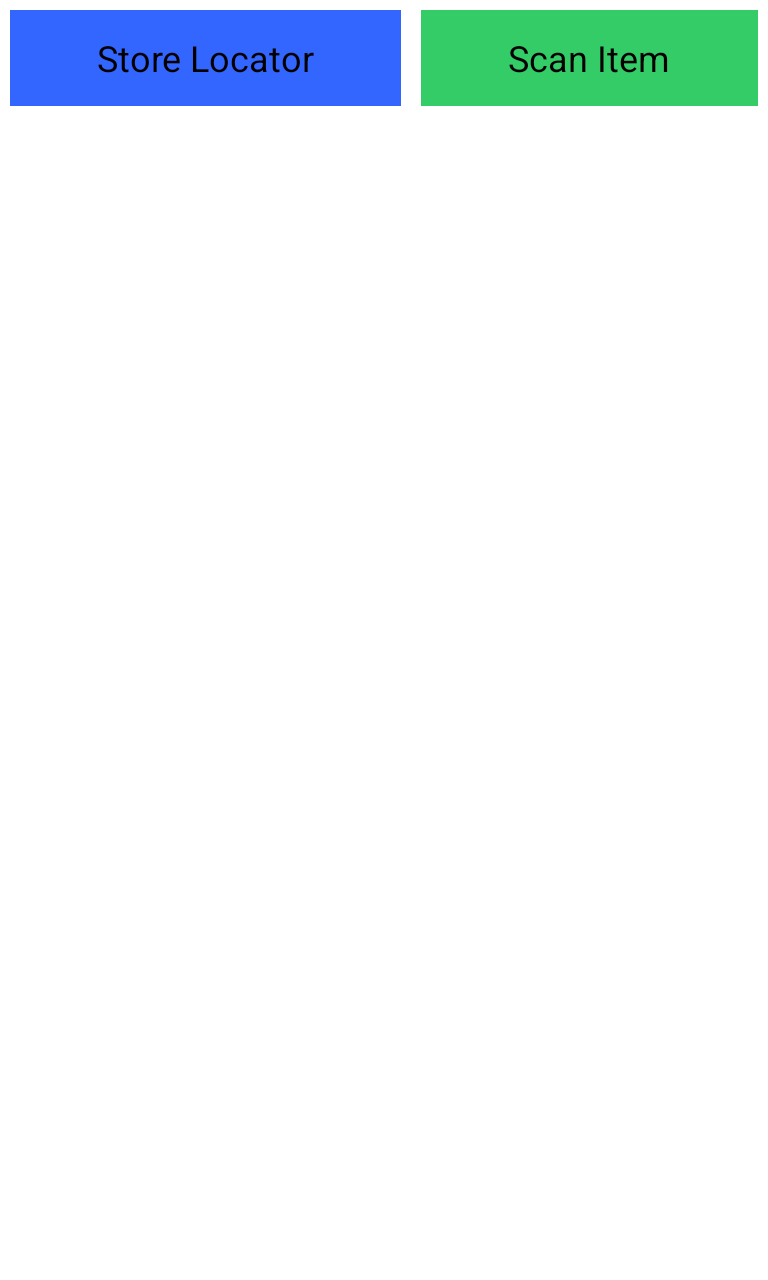
Repository: bvaardal/CTTC
Layout: eclipseAndroidADT2Workspace/HellowWorld/res/layout/activity_main.xml
The author's editor kept a copy of each file at every save. The layout is drawn from the files as they stood at one save, then again after the next save.
It is drawn on a 768 x 1280 px phone screen (xhdpi) without system bars, with theme CustomActionBarTheme; the app's code is not run. Lists and similar views that code fills are empty. The app's manifest (not shown) leaves right-to-left support off. So textAlignment, textDirection and layoutDirection are ignored, and left and right values win over start and end ones.

Above is the layout before, as saved 2013-11-19 05:07:42.

After the next save:
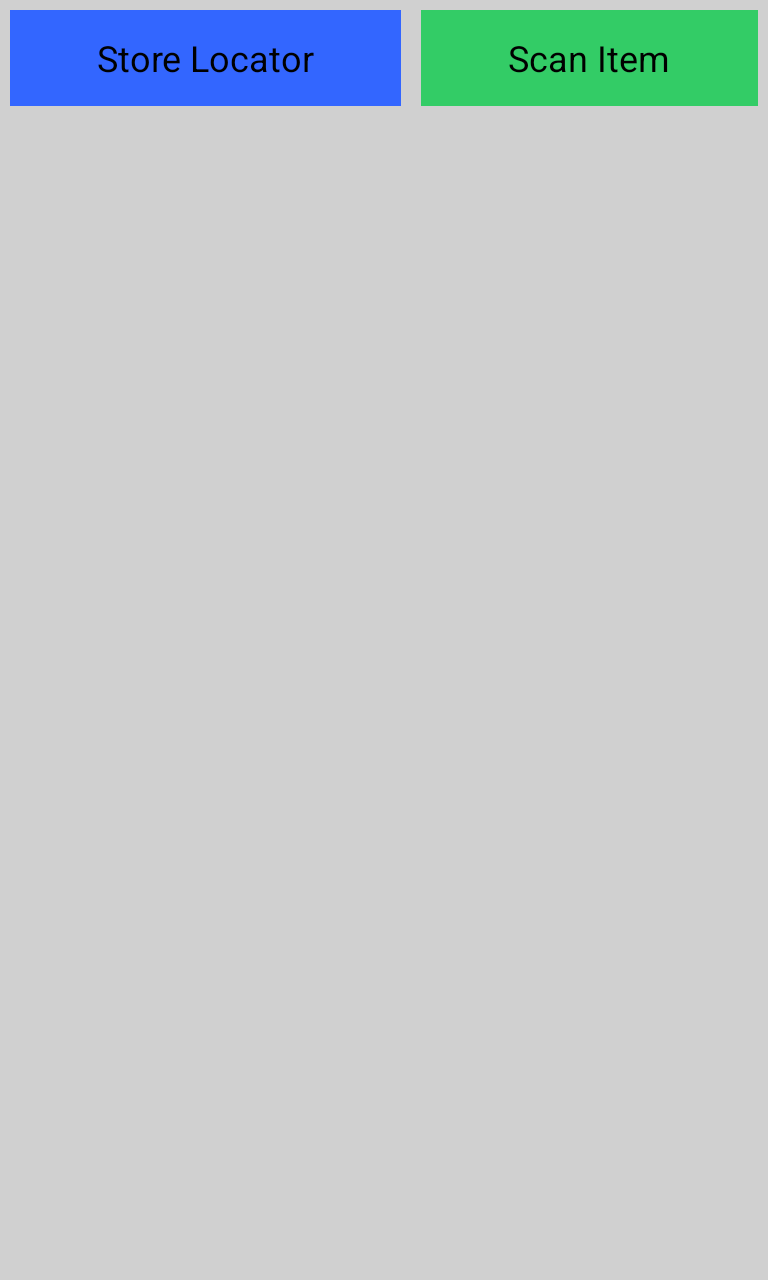
Saved 3 min 9 s later.
--- a/eclipseAndroidADT2Workspace/HellowWorld/res/layout/activity_main.xml
+++ b/eclipseAndroidADT2Workspace/HellowWorld/res/layout/activity_main.xml
@@ -2,6 +2,7 @@
     xmlns:tools="http://schemas.android.com/tools"
     android:layout_width="match_parent"
     android:layout_height="match_parent"
+    android:background="#D0D0D0"
     tools:context=".MainActivity" >
 
 <!--     <Button
